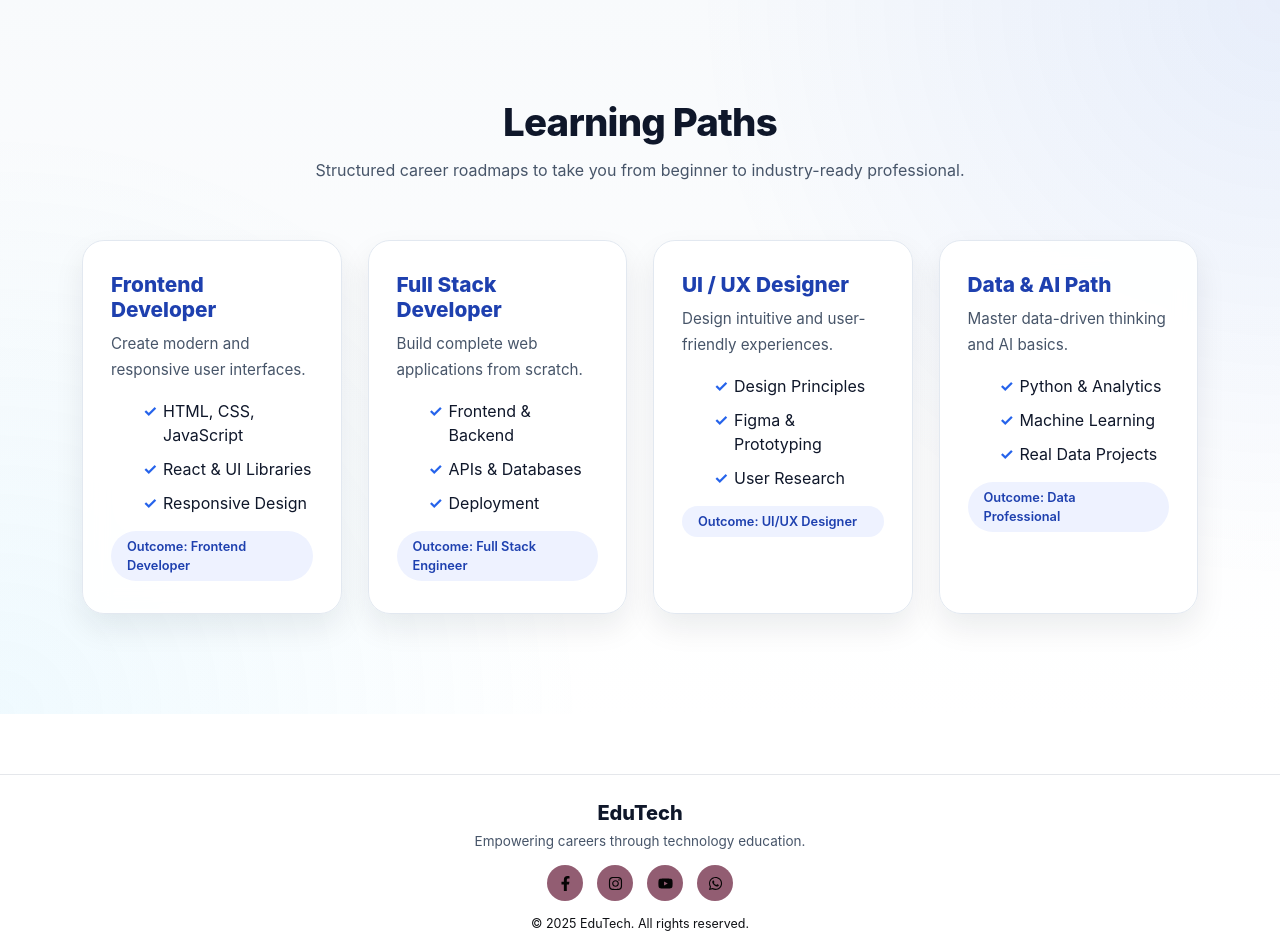
Repository: Aswin74k/project-2
Page: /
An editor plug-in stored every save of this project. The page is shown before and after a run of saves, followed by the edit.
The browser window is 1280 px wide. The pictures show the part of the page from y = 2045 to 2997 px (the page is 2997 px tall).
The project was rebuilt for these pictures with package versions that can differ from the ones it lists, and the page was loaded fresh each time. Also part of the build but not shown: vite.config.js, src/project/course.css, src/project/Course.jsx, src/project/About.css, src/project/About.jsx, src/project/Enroll.css, src/project/Enroll.jsx, src/project/contact.css and 2 more.

Above is the page before, as saved 2025-12-25 19:47:01.

### src/main.jsx
import React from "react";
import ReactDOM from "react-dom/client";
import { BrowserRouter } from "react-router-dom";
import App from "./project/App";
import { AuthProvider } from "./context/AuthContext"; // ✅ ADD THIS
import "bootstrap/dist/css/bootstrap.min.css";

ReactDOM.createRoot(document.getElementById("root")).render(
  <React.StrictMode>
    <BrowserRouter>
      <AuthProvider>
        <App />
      </AuthProvider>
    </BrowserRouter>
  </React.StrictMode>
);

### src/project/App.jsx
import React from "react";
import { Routes, Route } from "react-router-dom";

import EduNavbar from "./EduNavbar";
import Home from "./Home";
import Course from "./Course";
import About from "./About";
import Enroll from "./Enroll";
import Contact from "./Contact";
import ProtectedRoute from "./ProtectedRoute";

export default function App() {
  return (
    <>
      <EduNavbar />

      <Routes>
        <Route path="/" element={<Home />} />
        <Route path="/courses/:id" element={<Course />} />
        <Route path="/about" element={<About />} />
        <Route path="/Contact" element={<Contact />} />


        <Route
          path="/enroll"
          element={
            <ProtectedRoute>
              <Enroll />
            </ProtectedRoute>
          }
        />
      </Routes>

    </>
  );
}

### src/context/AuthContext.jsx
import { createContext, useContext, useState, useEffect } from "react";

const AuthContext = createContext();

export function AuthProvider({ children }) {
  const [user, setUser] = useState(null);
  const [loading, setLoading] = useState(true);

  useEffect(() => {
    const savedUser = JSON.parse(
      localStorage.getItem("loggedInUser")
    );
    if (savedUser) setUser(savedUser);
    setLoading(false);
  }, []);

  const login = (email, password) => {
    const users =
      JSON.parse(localStorage.getItem("registeredUsers")) || [];

    const foundUser = users.find(
      (u) => u.email === email && u.password === password
    );

    if (!foundUser) {
      return { success: false, message: "Invalid email or password" };
    }

    localStorage.setItem(
      "loggedInUser",
      JSON.stringify(foundUser)
    );
    setUser(foundUser);

    return {
      success: true,
      message: `Welcome back, ${foundUser.firstName}`,
    };
  };

  const signup = (data) => {
    const users =
      JSON.parse(localStorage.getItem("registeredUsers")) || [];

    if (users.some((u) => u.email === data.email)) {
      return {
        success: false,
        message: "User already exists with this email!",
      };
    }

    users.push(data);
    localStorage.setItem(
      "registeredUsers",
      JSON.stringify(users)
    );

    localStorage.setItem(
      "loggedInUser",
      JSON.stringify(data)
    );
    setUser(data);

    return {
      success: true,
      message: "Account created successfully",
    };
  };

  const logout = () => {
    localStorage.removeItem("loggedInUser");
    setUser(null);
  };

  return (
    <AuthContext.Provider
      value={{ user, login, signup, logout, loading }}
    >
      {children}
    </AuthContext.Provider>
  );
}

export const useAuth = () => useContext(AuthContext);

### src/project/Navbar.css
/* ================= ROOT VARIABLES ================= */
:root {
  --primary: #111827;
  --primary-soft: rgba(17, 24, 39, 0.08);
  --danger: #ef4444;
  --success: #22c55e;

  --text-dark: #000000;
  --text-muted: #6b7280;

  --border-light: #e5e7eb;
  --bg-white: #ffffff;
}

/* ================= NAVBAR ================= */
.navbar {
  background: var(--bg-white);
  padding: 14px 0;
  border-bottom: 1px solid var(--border-light);
  transition: all 0.3s ease;
  z-index: 1000;
}

.navbar-scrolled {
  box-shadow: 0 10px 30px rgba(0, 0, 0, 0.08);
}

/* ================= BRAND ================= */
.navbar-brand {
  font-size: 1.8rem;
  font-weight: 900;
  letter-spacing: -0.5px;

  background: linear-gradient(90deg, #2563eb, #38bdf8);

  background-clip: text;              /* standard */
  -webkit-background-clip: text;      /* safari/chrome */
  -webkit-text-fill-color: transparent;

  transition: all 0.25s ease;
}

/* Optional hover (subtle, classy) */
.navbar-brand:hover {
  transform: translateY(-1px);
  filter: brightness(1.1);
}



/* ================= NAV LINKS ================= */
.navbar-nav .nav-link {
  color: var(--text-dark) !important;
  font-weight: 600;
  font-size: 0.95rem;
  padding: 8px 14px;
  position: relative;
}

.navbar-nav .nav-link::after {
  content: "";
  position: absolute;
  left: 50%;
  bottom: 2px;
  width: 0;
  height: 2px;
  background: var(--text-dark);
  transform: translateX(-50%);
  transition: width 0.3s ease;
}

.navbar-nav .nav-link:hover::after {
  width: 70%;
}

/* ================= SEARCH ================= */
.custom-search {
  position: relative;
  width: 210px;
}

.custom-search input {
  width: 100%;
  padding: 10px 42px 10px 16px;
  border-radius: 999px;
  border: 1px solid var(--border-light);
  background: #e4e5e6;
  font-size: 0.9rem;
}

.custom-search svg {
  position: absolute;
  right: 14px;
  top: 50%;
  transform: translateY(-50%);
  color: var(--text-muted);
}

/* ================= USER ================= */
.username {
  background: var(--primary-soft);
  color: var(--text-dark);
  padding: 6px 14px;
  border-radius: 999px;
  font-size: 0.85rem;
  font-weight: 600;
}

.user-icon {
  font-size: 22px;
  color: var(--text-dark);
  cursor: pointer;
}

/* ================= LOGOUT ICON ================= */
.logout-icon {
  font-size: 24px;
  color: var(--text-dark);
  cursor: pointer;
}

.logout-icon:hover {
  color: var(--danger);
}

/* ================= MODALS ================= */
.modal-content {
  border-radius: 22px;
  border: none;
  box-shadow: 0 30px 90px rgba(0, 0, 0, 0.25);
  padding: 20px;
}

.modal-header {
  border-bottom: 1px solid var(--border-light);
}

.modal-title {
  font-weight: 700;
}

.modal-body {
  padding: 28px 32px 32px;
}

/* ================= AUTH INPUT (IMAGE MATCHED) ================= */
.auth-input {
  width: 100%;
  height: 56px;
  border-radius: 16px;
  border: 1.5px solid #d1d5db;
  padding: 14px 18px;
  font-size: 1rem;
  margin-bottom: 18px;
  background: #ffffff;
}

.auth-input:focus {
  outline: none;
  border-color: #6366f1;
  box-shadow: 0 0 0 2px rgba(99, 102, 241, 0.25);
}

/* ================= PASSWORD ================= */
.password-wrapper {
  position: relative;
}

.password-wrapper span {
  position: absolute;
  right: 18px;
  top: 40%;
  transform: translateY(-50%);
  font-size: 18px;
  color: var(--text-muted);
  cursor: pointer;
}

/* ================= NAME ROW (SIGNUP) ================= */
.name-row {
  display: grid;
  grid-template-columns: 1fr 1fr;
  gap: 18px;
  margin-bottom: 18px;
}

/* ================= AUTH BUTTON ================= */
.auth-btn {
  width: 100%;
  height: 56px;
  border-radius: 16px;
  background: var(--text-dark);
  border: none;
  color: #fff;
  font-size: 1.05rem;
  font-weight: 600;
  margin-top: 8px;
}

.auth-btn:hover {
  opacity: 0.9;
}

/* ================= AUTH FOOTER ================= */
.auth-footer {
  margin-top: 16px;
  text-align: center;
  font-size: 0.9rem;
  color: var(--text-muted);
}

.auth-footer span {
  color: var(--text-dark);
  font-weight: 600;
  cursor: pointer;
}

/* ================= LOGOUT MODAL ================= */
.logout-modal .logout-icon-wrapper {
  width: 64px;
  height: 64px;
  background: rgba(0, 0, 0, 0.08);
  color: var(--danger);
  border-radius: 50%;
  display: flex;
  align-items: center;
  justify-content: center;
  font-size: 28px;
  margin: 0 auto 16px;
}

.logout-actions {
  display: flex;
  gap: 14px;
  justify-content: center;
}

.logout-cancel {
  padding: 10px 22px;
  border-radius: 14px;
  border: 2px solid var(--text-dark);
  background: transparent;
  font-weight: 600;
}

.logout-confirm {
  padding: 10px 22px;
  border-radius: 14px;
  background: var(--danger);
  border: none;
  color: #fff;
  font-weight: 600;
}

/* ================= MOBILE ================= */
@media (max-width: 768px) {
  .navbar-collapse {
    background: #ffffff;
    padding: 18px;
    border-radius: 16px;
    margin-top: 10px;
  }

  .custom-search {
    width: 100%;
    margin-top: 12px;
  }

  .name-row {
    grid-template-columns: 1fr;
  }
}

/* ================= AUTH MESSAGES (FINAL POLISH) ================= */
.modal-message {
  padding: 14px 18px;
  border-radius: 14px;
  font-size: 0.9rem;
  font-weight: 600;
  text-align: center;
  margin-bottom: 18px;
  line-height: 1.4;
  animation: messageFade 0.25s ease-in-out;
}

/* SUCCESS */
.modal-message.success {
  background: rgba(34, 197, 94, 0.14);
  color: #15803d;
  border: 1.5px solid rgba(34, 197, 94, 0.35);
}

/* ERROR */
.modal-message.error {
  background: rgba(239, 68, 68, 0.14);
  color: #b91c1c;
  border: 1.5px solid rgba(239, 68, 68, 0.35);
}

/* subtle animation */
@keyframes messageFade {
  from {
    opacity: 0;
    transform: translateY(-6px);
  }
  to {
    opacity: 1;
    transform: translateY(0);
  }
}

### src/project/Home.css
/* =========================
   DESIGN TOKENS
========================= */
:root {
  --primary: #2563eb;
  --primary-dark: #1e40af;
  --accent: #38bdf8;

  --text-main: #0f172a;
  --text-muted: #475569;

  --bg-light: #f8fafc;
  --glass: rgba(255, 255, 255, 0.92);

  --radius-lg: 22px;
  --radius-md: 14px;

  --shadow-soft: 0 14px 30px rgba(15, 23, 42, 0.08);
  --shadow-strong: 0 28px 60px rgba(15, 23, 42, 0.16);
}

/* =========================
   BASE
========================= */
.home {
  font-family: "Inter", "Segoe UI", system-ui, sans-serif;
  color: var(--text-main);
  background: #ffffff;
  overflow-x: hidden;
}

/* =========================
   SECTION HEADINGS
========================= */
.section-title {
  text-align: center;
  font-size: clamp(2rem, 3vw, 2.5rem);
  font-weight: 800;
  letter-spacing: -0.02em;
  margin-bottom: 12px;
}

.section-subtitle {
  text-align: center;
  max-width: 720px;
  margin: 0 auto 56px;
  font-size: 1rem;
  color: var(--text-muted);
  line-height: 1.7;
}

/* =========================
   HERO SECTION
========================= */
.hero-section {
  min-height: 95vh;
  background:
    linear-gradient(120deg, rgba(15, 23, 42, 0.92), rgba(15, 23, 42, 0.85)),
    url("https://images.unsplash.com/photo-1523240795612-9a054b0db644");
  background-size: cover;
  background-position: center;
  display: flex;
  align-items: center;
}

.hero-content {
  max-width: 860px;
  margin: auto;
  text-align: center;
  color: #ffffff;
}

.hero-content h1 {
  font-size: clamp(2.4rem, 4vw, 3.3rem);
  font-weight: 900;
  line-height: 1.15;
  margin-bottom: 20px;
}

.hero-content span {
  background: linear-gradient(90deg, var(--accent), var(--primary));
  background-clip: text;
  -webkit-background-clip: text;
  -webkit-text-fill-color: transparent;
}

.hero-content p {
  font-size: 1.1rem;
  line-height: 1.8;
  color: #e5e7eb;
  margin-bottom: 38px;
}

.hero-actions {
  display: flex;
  justify-content: center;
  gap: 18px;
}

.hero-actions .btn {
  padding: 12px 32px;
  font-size: 15.5px;
  border-radius: 999px;
  font-weight: 600;
  transition: all 0.3s ease;
}

.hero-actions .btn-primary {
  background: linear-gradient(135deg, var(--primary), var(--accent));
  border: none;
}

.hero-actions .btn-primary:hover {
  transform: translateY(-2px);
  box-shadow: var(--shadow-soft);
}

.hero-actions .btn-outline-light:hover {
  background: rgba(255, 255, 255, 0.12);
}

/* =========================
   STATS SECTION
========================= */
.stats-section {
  padding: 80px 0;
  background: linear-gradient(180deg, #f8fafc, #ffffff);
}

.stat-box {
  background: #ffffff;
  border-radius: var(--radius-md);
  padding: 32px 18px;
  text-align: center;
  box-shadow: var(--shadow-soft);
  transition: box-shadow 0.3s ease;
}

.stat-box:hover {
  box-shadow: var(--shadow-strong);
}

.stat-box svg {
  font-size: 38px;
  color: var(--primary);
  margin-bottom: 12px;
}

.stat-box h3 {
  font-size: 30px;
  font-weight: 800;
  margin-bottom: 4px;
}

.stat-box p {
  font-size: 14px;
  color: var(--text-muted);
}

/* =========================
   COURSES
========================= */
.courses-section {
  padding: 90px 0;
}

.course-card {
  border-radius: var(--radius-lg);
  overflow: hidden;
  background: #ffffff;
  box-shadow: var(--shadow-soft);
  transition: box-shadow 0.3s ease;
}

.course-card:hover {
  box-shadow: var(--shadow-strong);
}

.course-img {
  height: 180px;
  object-fit: cover;
}

.course-card .card-body {
  padding: 22px;
}

.course-card .card-title {
  font-size: 16.5px;
  font-weight: 700;
  margin-bottom: 8px;
}

.course-meta {
  display: flex;
  justify-content: space-between;
  font-size: 13px;
  color: #64748b;
  margin-bottom: 10px;
}

.course-rating {
  display: flex;
  align-items: center;
  gap: 6px;
  color: hsl(48, 96%, 53%);
}


.course-card .btn {
  border-radius: 999px;
  font-weight: 600;
}

/* =========================
   CAREER PATHS
========================= */
.paths-section {
  padding: 100px 0;
  background:
    radial-gradient(circle at top right, rgba(37, 99, 235, 0.08), transparent 40%),
    radial-gradient(circle at bottom left, rgba(56, 189, 248, 0.08), transparent 40%),
    linear-gradient(180deg, #f8fafc, #ffffff);
}

.paths-grid {
  display: grid;
  grid-template-columns: repeat(4, 1fr);
  gap: 26px;
}

.path-card {
  background: var(--glass);
  border-radius: var(--radius-lg);
  padding: 32px 28px;
  box-shadow: var(--shadow-soft);
  backdrop-filter: blur(12px);
  border: 1px solid #e2e8f0;
  transition: box-shadow 0.3s ease, border-color 0.3s ease;
}

.path-card:hover {
  box-shadow: var(--shadow-strong);
  border-color: rgba(37, 99, 235, 0.3);
}

.path-card h4 {
  font-size: 1.3rem;
  font-weight: 800;
  color: var(--primary-dark);
}

.path-card p {
  font-size: 0.95rem;
  color: var(--text-muted);
  line-height: 1.7;
}

.path-card ul li {
  list-style: none;
  margin-bottom: 10px;
  padding-left: 20px;
  position: relative;
}

.path-card ul li::before {
  content: "✓";
  position: absolute;
  left: 0;
  color: var(--primary);
  font-weight: 700;
}

.path-outcome {
  margin-top: 14px;
  padding: 6px 16px;
  border-radius: 999px;
  font-size: 0.8rem;
  font-weight: 600;
  background: #eef2ff;
  color: var(--primary-dark);
}

/* =========================
   FOOTER (FULL WHITE)
========================= */
.footer {
  background: #ffffff;
  color: #0f172a;
  padding: 26px 0 18px;
  margin-top: 60px;
  border-top: 1px solid #e5e7eb;
}

.footer-logo {
  font-size: 20px;
  font-weight: 800;
  color: #0f172a;
  margin-bottom: 6px;
}

.footer-tagline {
  font-size: 13.5px;
  color: #475569;
  margin-bottom: 14px;
}

.footer-social {
  display: flex;
  justify-content: center;
  gap: 14px;
  margin-bottom: 14px;
}

/* KEEP ICON COLORS SAME */
.footer-social a {
  background-color: rgb(146, 93, 114);
  width: 36px;
  height: 36px;
  border-radius: 50%;
  display: flex;
  align-items: center;
  justify-content: center;
  color: #060505;
  font-size: 15px;
  transition: transform 0.25s ease;
}

.footer-social a:hover {
  transform: translateY(-2px);
}

.copy {
  font-size: 12.5px;
  color: #0f1115;
  margin: 0;
}

/* =========================
   RESPONSIVE
========================= */
@media (max-width: 1200px) {
  .paths-grid { grid-template-columns: repeat(3, 1fr); }
}

@media (max-width: 992px) {
  .paths-grid { grid-template-columns: repeat(2, 1fr); }
}

@media (max-width: 576px) {
  .paths-grid { grid-template-columns: 1fr; }
  .hero-actions { flex-direction: column; }
}

Loaded but not shown: index.html (common file); src/project/EduNavbar.jsx (341 lines, source omitted); src/project/Home.jsx (236 lines, source omitted)

After the next 2 saves:
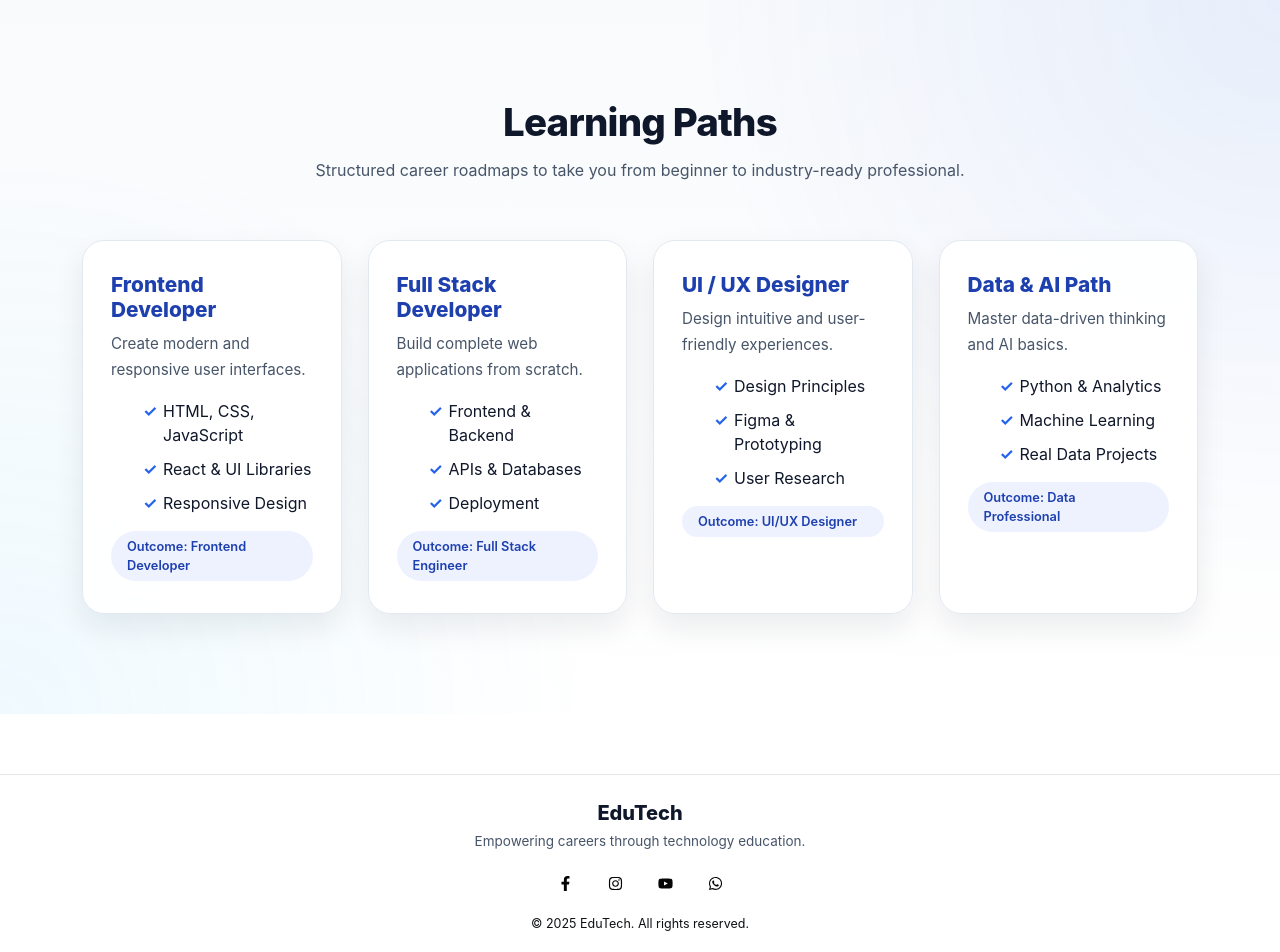
The 2 saves are shown as one change because they came seconds apart.
The last was saved 7 s later.
--- a/src/project/Home.css
+++ b/src/project/Home.css
@@ -314,7 +314,7 @@
 
 /* KEEP ICON COLORS SAME */
 .footer-social a {
-  background-color: rgb(146, 93, 114);
+  background-color: rgb(245, 153, 189));
   width: 36px;
   height: 36px;
   border-radius: 50%;

After the 3 saves that followed:
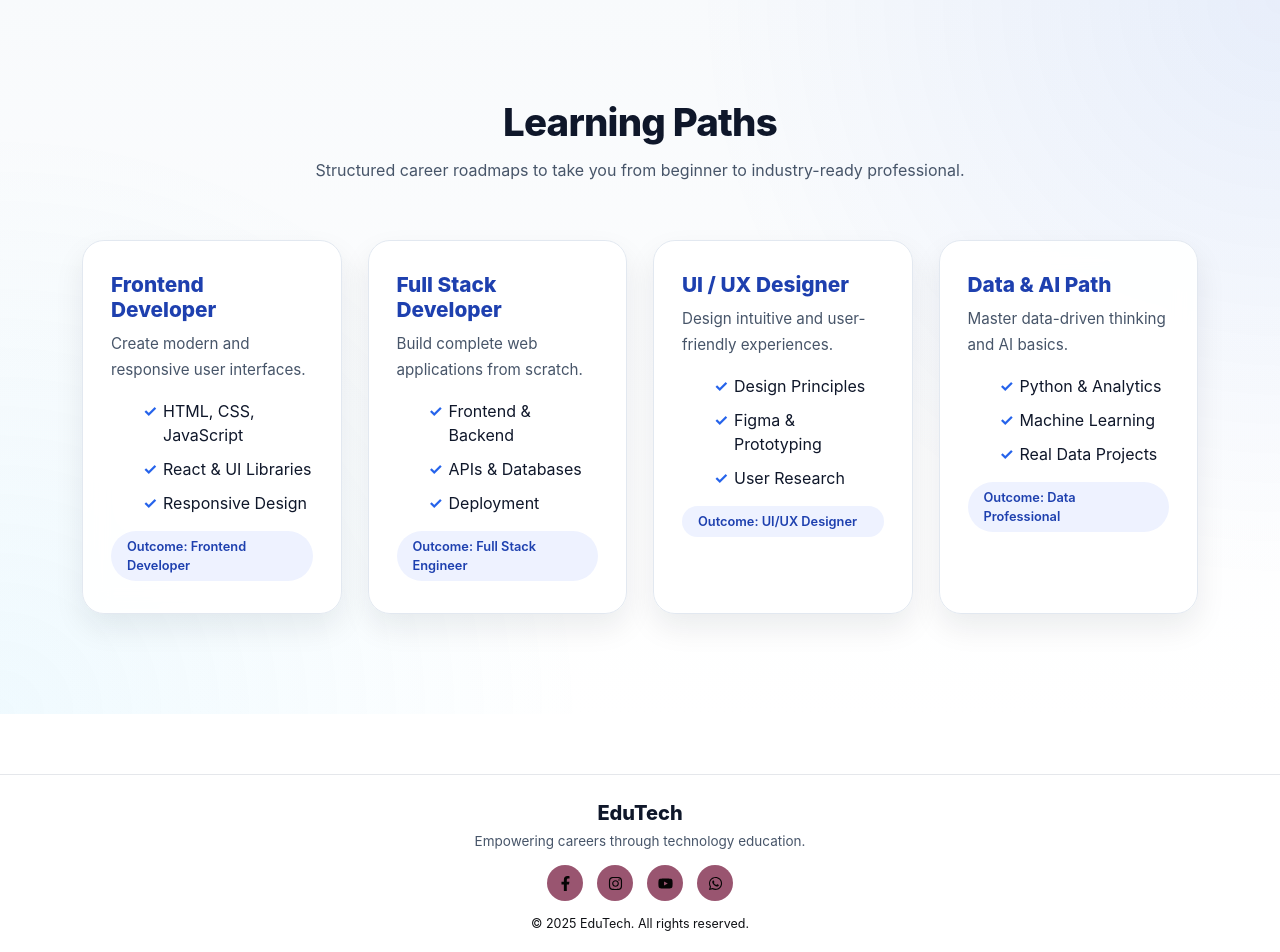
The 3 saves are shown as one change because 1 left the picture as it was and some came seconds apart.
The last was saved 18 s later.
--- a/src/project/Home.css
+++ b/src/project/Home.css
@@ -314,7 +314,7 @@
 
 /* KEEP ICON COLORS SAME */
 .footer-social a {
-  background-color: rgb(245, 153, 189));
+  background-color: rgb(153, 85, 112);
   width: 36px;
   height: 36px;
   border-radius: 50%;
